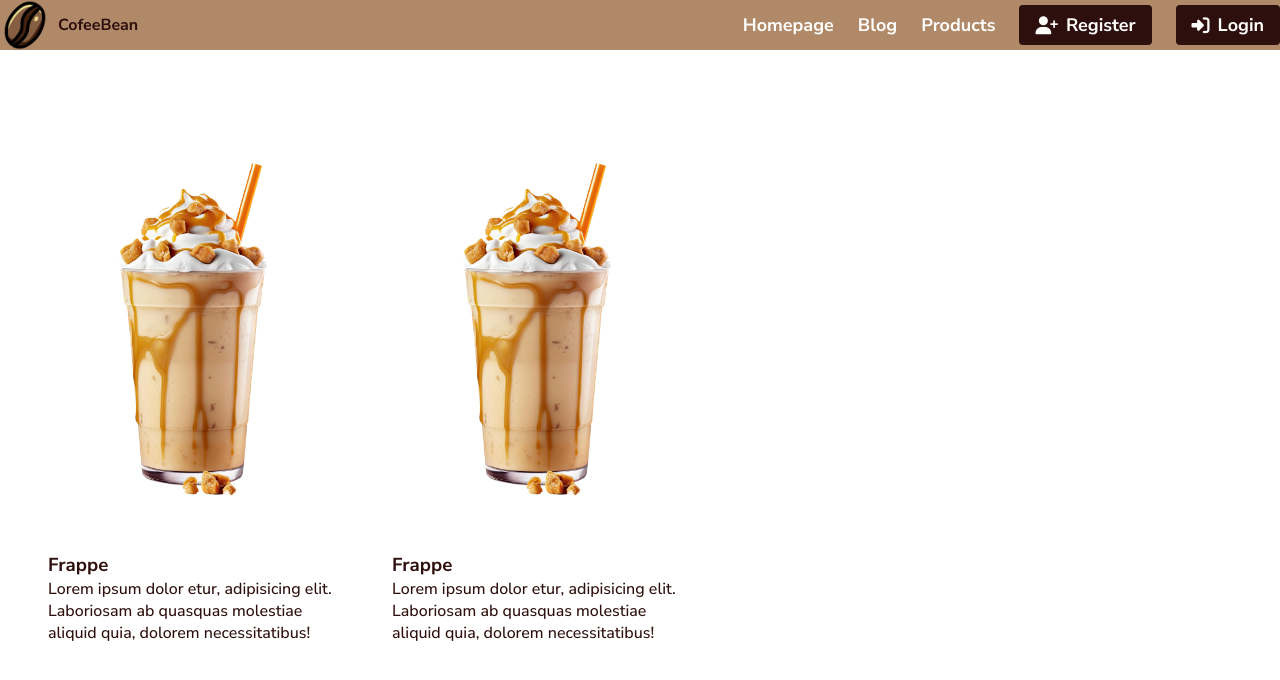
Repository: liviamucioniu/Coffee-Shop-Website
Page: index.html
An editor plug-in stored every save of this project. The page is shown before and after the next save, followed by the edit.
The browser window is 1280 px wide. The pictures show the whole page.

Above is the page before, as saved 2023-10-22 11:20:57.

### index.html
<!DOCTYPE html>
<html lang="en">
    <head>
        <meta charset="UTF-8" />
        <meta name="viewport" content="width=device-width, initial-scale=1.0" />
        <title>Magazin online</title>
        <link rel="stylesheet" href="styles.css" />
        <script defer src="script.js"></script>
        <link rel="preconnect" href="https://fonts.googleapis.com" />
        <link rel="preconnect" href="https://fonts.gstatic.com" crossorigin />
        <link
            href="https://fonts.googleapis.com/css2?family=Montserrat:ital,wght@0,200;0,400;0,500;1,100;1,200;1,300;1,400;1,500&family=Nunito+Sans:ital,opsz,wght@0,6..12,200;0,6..12,300;0,6..12,500;0,6..12,600;0,6..12,700;0,6..12,900;0,6..12,1000;1,6..12,200;1,6..12,300;1,6..12,400;1,6..12,500;1,6..12,600;1,6..12,900;1,6..12,1000&family=Open+Sans:ital,wght@1,300&family=Poppins:ital,wght@0,400;1,300;1,500&display=swap"
            rel="stylesheet"
        />
        <link
            rel="stylesheet"
            href="https://cdnjs.cloudflare.com/ajax/libs/font-awesome/6.4.2/css/all.min.css"
            integrity="sha512-z3gLpd7yknf1YoNbCzqRKc4qyor8gaKU1qmn+CShxbuBusANI9QpRohGBreCFkKxLhei6S9CQXFEbbKuqLg0DA=="
            crossorigin="anonymous"
            referrerpolicy="no-referrer"
        />
    </head>
    <body>
        <header id="header">
            <!-- logo-wrapper -->
            <div class="logo-wrapper">
                <img class="logo" src="./assets/logo.png" alt="Logo" />
                <h4 class="name">CofeeBean</h4>
            </div>
            <!-- nav -->
            <nav id="menu" class="navigation">
                <a class="link" href="#">Homepage</a>
                <a class="link" href="#">Blog</a>
                <a class="link" href="#">Products</a>
                <a class="link button" href="#">
                    <i class="fa-solid fa-user-plus"></i>Register</a
                >
                <a class="link button" href="#">
                    <i class="fa-solid fa-right-to-bracket"></i>Login</a
                >
            </nav>
            <!-- hamurger menu -->
            <div id="toggle-mobile-menu" class="mobile-menu-toggle">
                <i class="fa-solid fa-bars"></i>
            </div>
        </header>
        <!-- sectiunea -->
        <section id="product-list">
            <!-- div-card -->
            <div class="product-card">
                <img
                    class="product-image"
                    src="./assets/images/frappe.png"
                    alt="Frappe"
                />
                <h3 class="product-name">Frappe</h3>
                <p class="product-description">
                    Lorem ipsum dolor etur, adipisicing elit. Laboriosam ab
                    quasquas molestiae aliquid quia, dolorem necessitatibus!
                </p>
            </div>
            <!-- div-card -->
            <div class="product-card">
                <img
                    class="product-image"
                    src="./assets/images/frappe.png"
                    alt="Frappe"
                />
                <h3 class="product-name">Frappe</h3>
                <p class="product-description">
                    Lorem ipsum dolor etur, adipisicing elit. Laboriosam ab
                    quasquas molestiae aliquid quia, dolorem necessitatibus!
                </p>
            </div>
        </section>
    </body>
</html>

<!-- 1.09 -->

### styles.css
:root {
    --coffee-color-1: #ede0d4;
    --coffee-color-2: #e6ccb2;
    --coffee-color-3: #ddb892;
    --coffee-color-4: #b08968;
    --coffee-color-5: #7f5539;
    --coffee-color-6: #9c6644;
    --color-light: #fffefd;
    --color-dark: #2d100e;
    --header-height: 98px;
}

html {
    font-size: 16px;
}

*,
*::before,
*::after {
    margin: 0;
    padding: 0;
}

body {
    color: var(--color-dark);
    font-family: "Nunito Sans", sans-serif;
}

@media screen and (max-width: 560px) {
    html {
        font-size: 12px;
    }
}

/* body */

#header {
    padding: 2rem 1 rem;
    background-color: var(--coffee-color-4);
    display: flex;
    justify-content: space-between;
    align-items: center;
}

#header .mobile-menu-toggle {
    display: none;
    font-size: 1.75rem;
}

#header .mobile-menu-toggle:hover {
    cursor: pointer;
}

#header .logo-wrapper {
    display: flex;
    align-items: center;
    gap: 0.5rem;
}

#header .logo-wrapper .logo {
    max-width: 50px;
}

#header.logo-wrapper .name {
    font-size: 1.75rem;
}

#header .navigation {
    display: flex;
    align-items: center;
    gap: 1.5rem;
}

#header .navigation .link {
    font-size: 1.125rem;
    text-decoration: none;
    color: var(--color-light);
    font-weight: 700;
    transition: all 0.3s ease-in-out;
}

#header .navigation .link:hover {
    color: var(--color-dark);
}

#header .navigation .link.button {
    display: flex;
    align-items: center;
    gap: 0.5rem;
    padding: 0.5rem 1rem;
    background-color: var(--color-dark);
    border-radius: 0.25rem;
}

#header .navigation .link.button:hover {
    background-color: var(--coffee-color-3);
}

#product-list {
    display: flex;
    gap: 1.5rem;
    padding: 2rem;
    flex-wrap: wrap;
}

.product-card {
    border-radius: 0.5rem;
    max-width: 18rem;
    padding: 2rem 1rem;
}

.product-image {
    max-width: 100%;
}

@media screen and (max-width: 850px) {
    #header .navigation {
        display: none;
    }

    #header .navigation.mobile-open {
        display: flex;
        position: absolute;
        top: var(--header-height);
        left: 0;
        animation-name: mobilemenu;
        animation-duration: 1.5s;
        animation-fill-mode: forwards;
        left: 0;
        top: 114px;
        flex-direction: column;
        justify-content: center;
        z-index: 100;
        background-color: var(--coffee-color-4);
    }

    #header .mobile-menu-toggle {
        display: block;
    }
}

@keyframes mobilemenu {
    from {
        width: 0;
        height: 0;
        opacity: 0;
        left: 50%;
        border-radius: 2rem;
    }

    to {
        width: 100vw;
        height: calc(100vh - var(--header-height));
        opacity: 1;
        left: 0;
        border-radius: 0rem;
    }
}

### script.js
// const title = document.getElementById("title");
// console.log(title);
// title.classList.add("main");

After the next save:
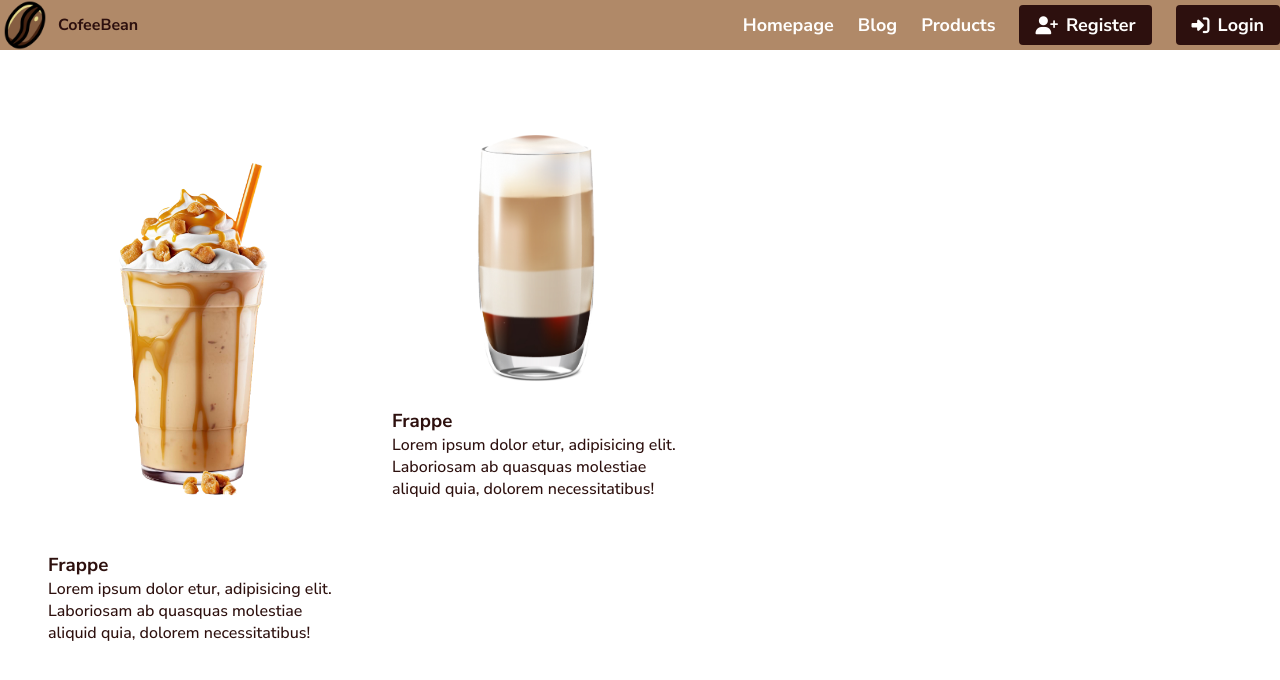
Saved 22 s later.
--- a/index.html
+++ b/index.html
@@ -63,8 +63,8 @@
             <div class="product-card">
                 <img
                     class="product-image"
-                    src="./assets/images/frappe.png"
-                    alt="Frappe"
+                    src="./assets/images/coffee-1.png"
+                    alt=""
                 />
                 <h3 class="product-name">Frappe</h3>
                 <p class="product-description">
